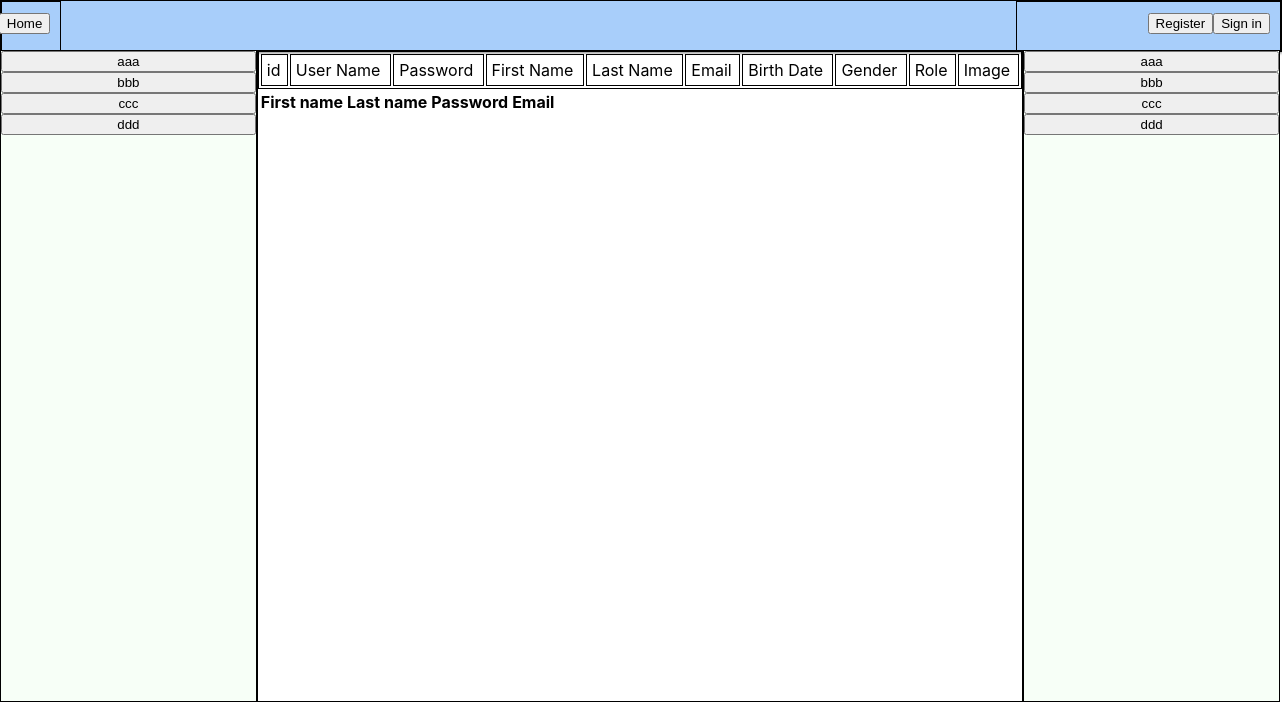
Repository: MichaelSodovski/website-client
Page: /users
The author's editor kept a copy of each file at every save. The page is drawn from the files as they stood at one save, then again after a run of saves.
The browser window is 1280 px wide. The page is 1282 px wide, so the pictures cover 1282 px, including what lies to the right of the window. The pictures show the whole page.
The page's requests for data from a server got no answer. The project was rebuilt for these pictures with package versions that can differ from the ones it lists, and the page was loaded fresh each time. No one was signed in, and anything a server would have sent is missing. Also part of the build but not shown: src/components/home/home.component.jsx, src/components/register/register.component.css, src/components/payment-info/payment.component.css, src/components/payment-info/payment.component.js, src/components/register/register.component.jsx, src/components/signIn/signIn.component.css, src/components/signIn/signIn.component.jsx.

Above is the page before, as saved 2022-05-14 22:31:36.

After the next 2 saves:
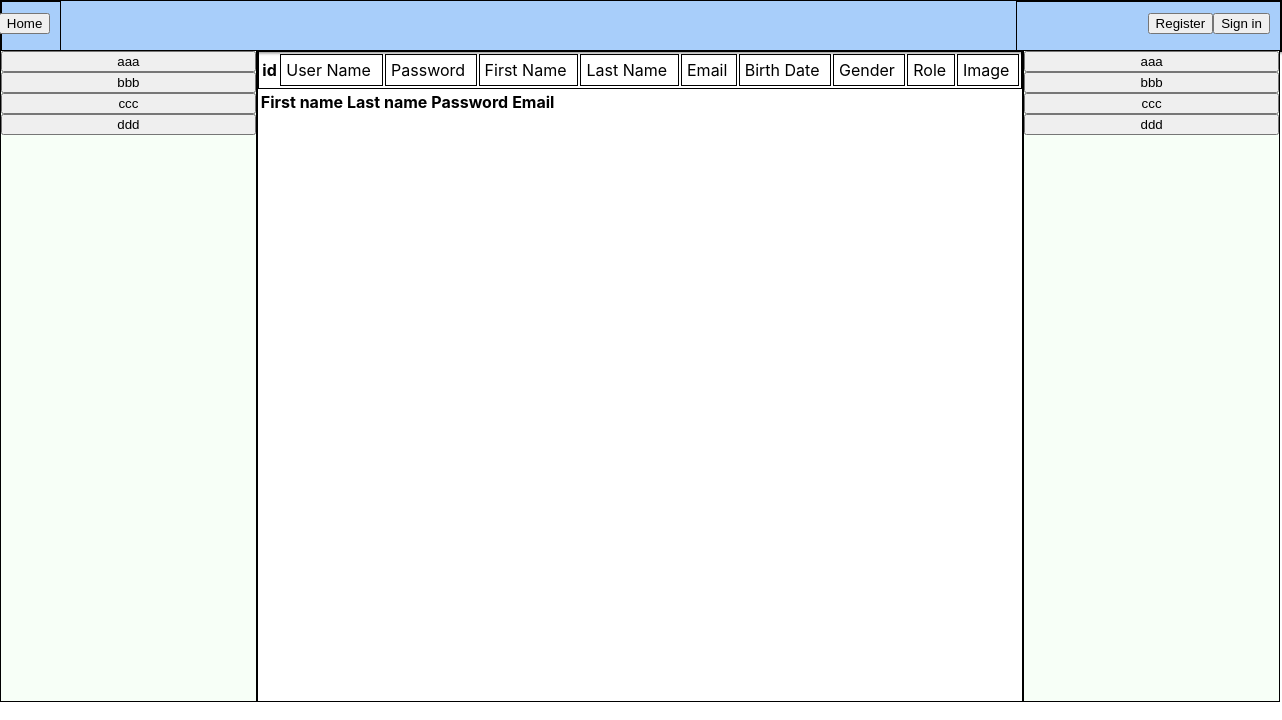
The 2 saves are shown as one change because 1 did not build or start.
The last was saved 29 s later.
--- a/src/components/users/users.component.jsx
+++ b/src/components/users/users.component.jsx
@@ -20,9 +20,9 @@ export default function Users() {
         <div>
             <table className="table-users">
                 <tr className="table-users-tr">
-                    <td>
+                    <th>
                         id
-                    </td>
+                    </th>
                     <td>
                         User Name
                     </td>
